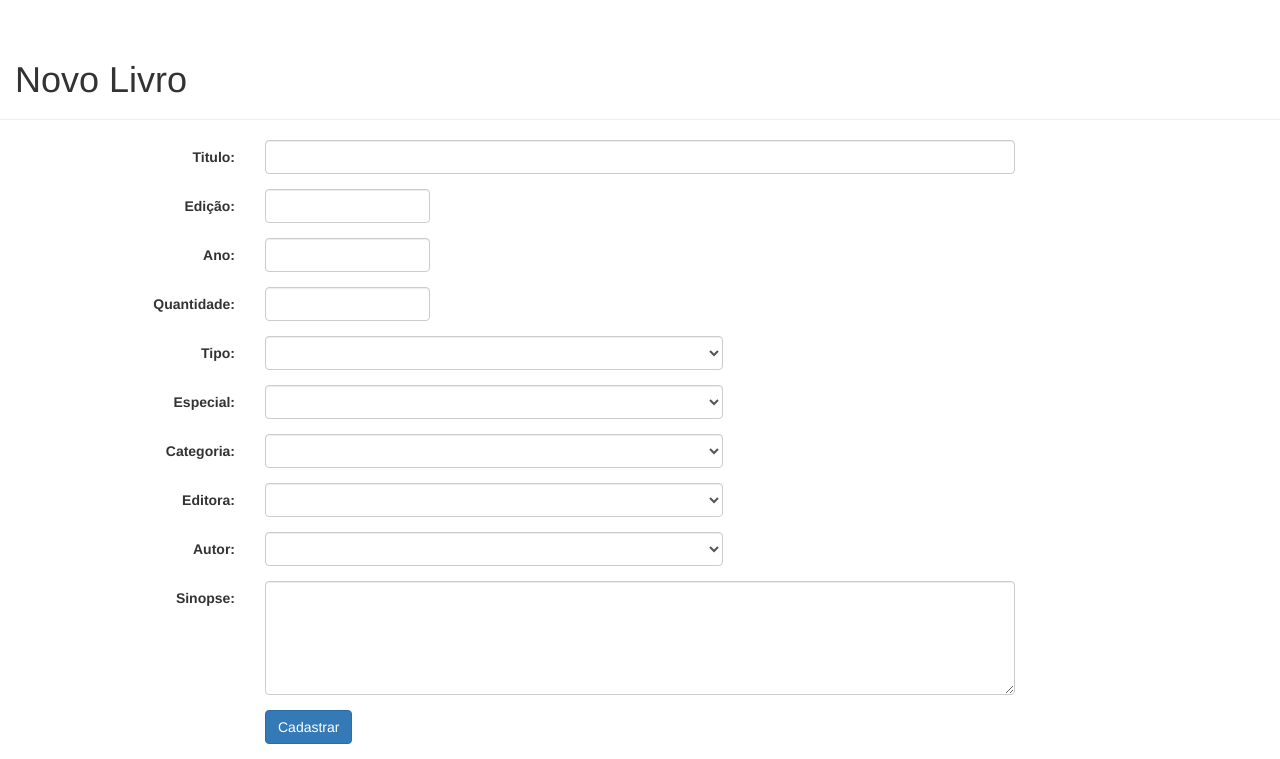
Repository: stefanyco/biblioteca
Page: http://localhost/Biblioteca/livroAdicionar.jsp
The author's editor kept a copy of each file at every save. The page is drawn from the files as they stood at one save, then again after the next save.
The browser window is 1280 px wide. The pictures show the whole page.
The page is served by Tomcat 9. Queries for data that is not in the repository find no rows.

Above is the page before, as saved 2016-11-07 22:51:19.

After the next save:
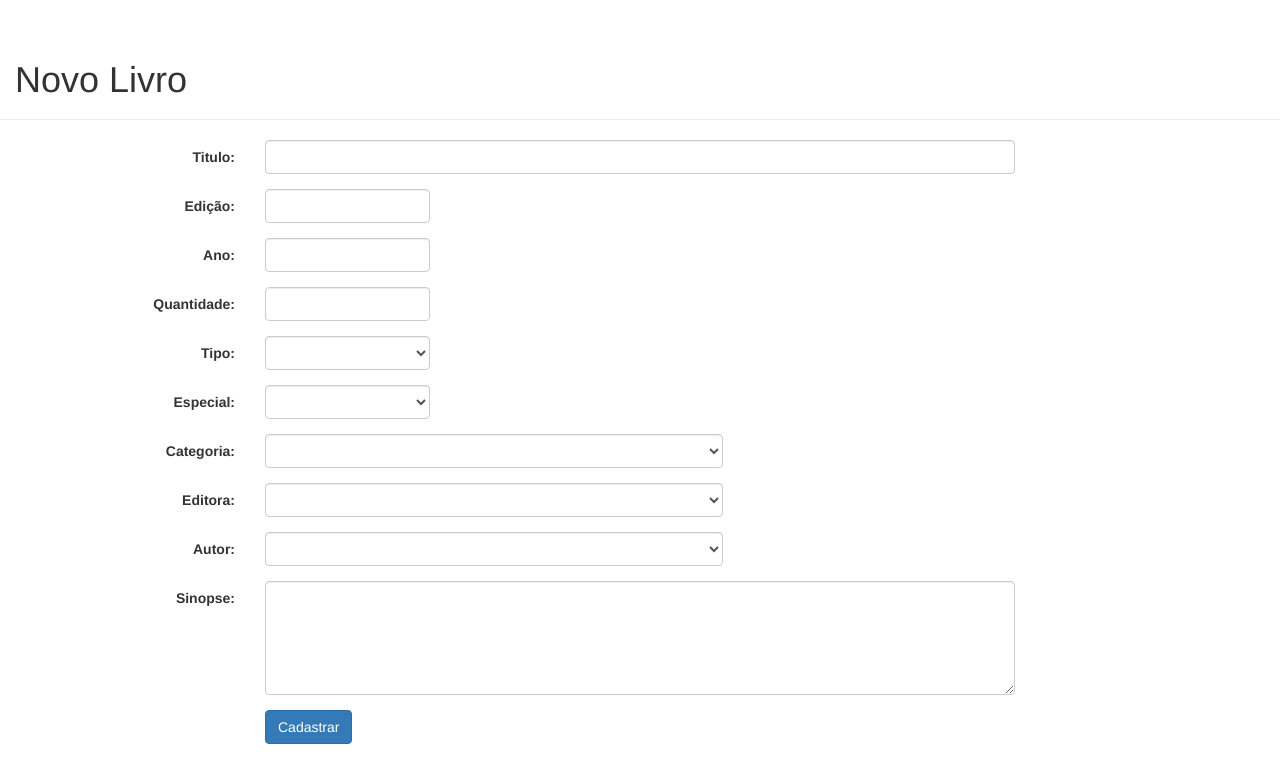
Saved 95 s later.
--- a/Sistema Biblioteca/Biblioteca/WebContent/livroAdicionar.jsp
+++ b/Sistema Biblioteca/Biblioteca/WebContent/livroAdicionar.jsp
@@ -48,7 +48,7 @@
 					</div>
 					<div class="form-group">
 						<label for="tipo" class="col-xs-2 control-label">Tipo:</label>
-							<div class="col-xs-5">
+							<div class="col-xs-2">
 								<select class="form-control" name="tipo" required>
 									<option></option>
 									<option value="Livro">Livro</option>
@@ -58,7 +58,7 @@
 					</div>
 					<div class="form-group">
 						<label for="especial" class="col-xs-2 control-label">Especial:</label>
-							<div class="col-xs-5">
+							<div class="col-xs-2">
 								<select class="form-control" name="especial" required>
 									<option></option>
 									<option value="Sim">Sim</option>
